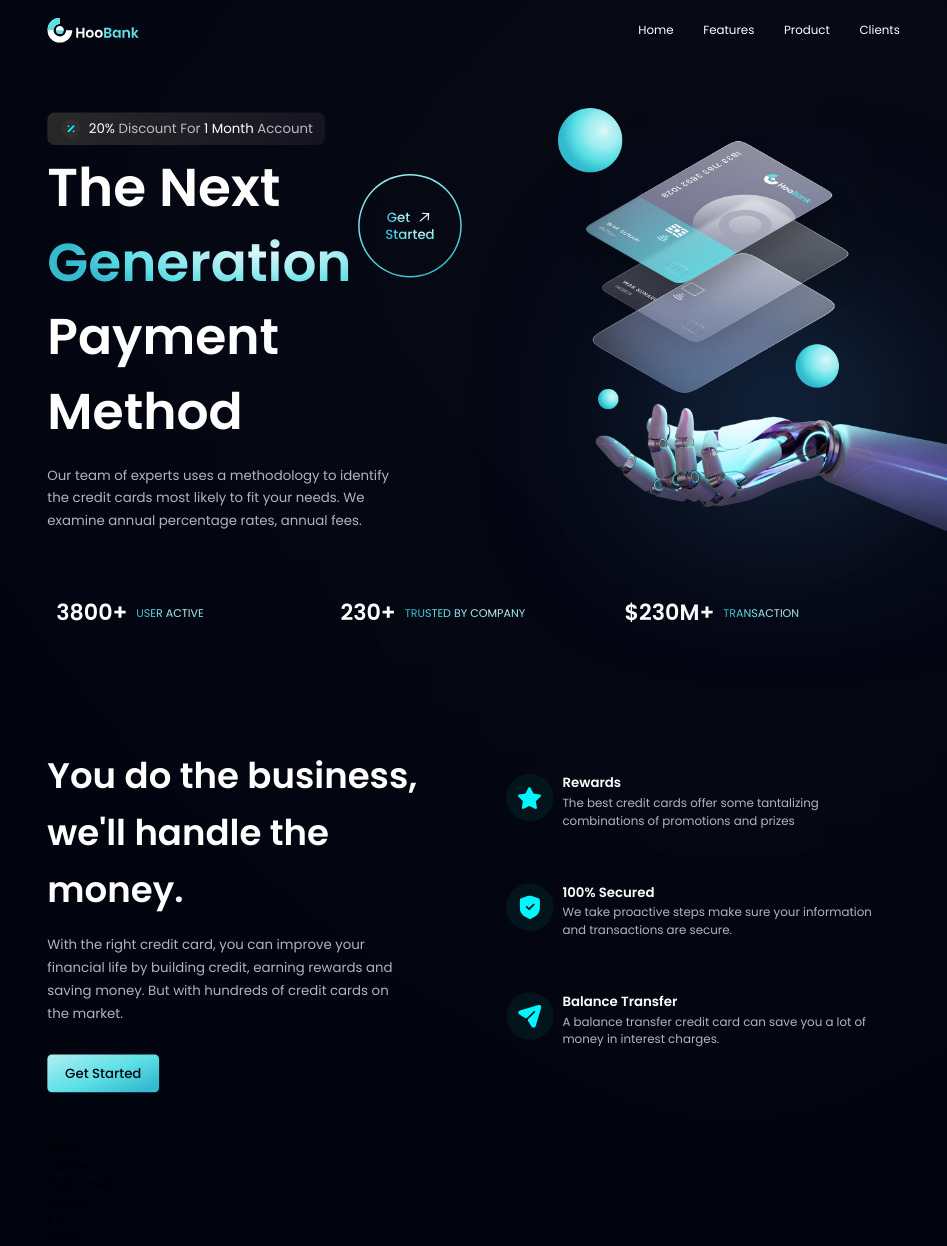
Repository: Carlito-Pedida/modern-app
Page: /
The author's editor kept a copy of each file at every save. The page is drawn from the files as they stood at one save, then again after the next save.
The browser window is 1280 px wide. The pictures show the whole page, at 74% of full size.
The project was rebuilt for these pictures with package versions that can differ from the ones it lists, and the page was loaded fresh each time. Also part of the build but not shown: vite.config.js.

Above is the page before, as saved 2024-11-16 10:13:21.

After the next save:
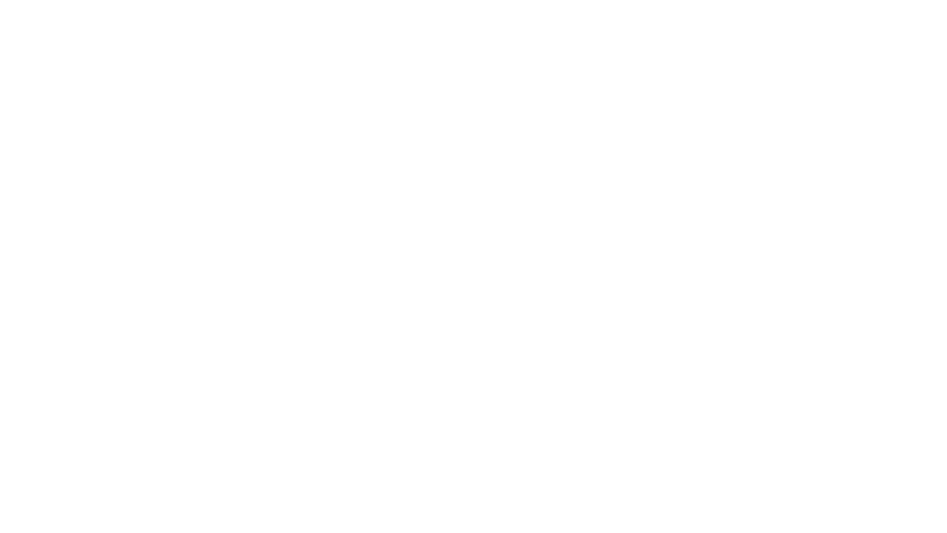
Console error: ReferenceError: FeatureCard is not defined
Saved 9 s later.
--- a/src/components/Business.jsx
+++ b/src/components/Business.jsx
@@ -1,7 +1,6 @@
 import { features } from "../constants";
 import styles, {layout} from "../style";
 import Button from "./Button"
-import FeatureCard from "./FeatureCard";
 
 
 const Business = () => {

After the save that followed:
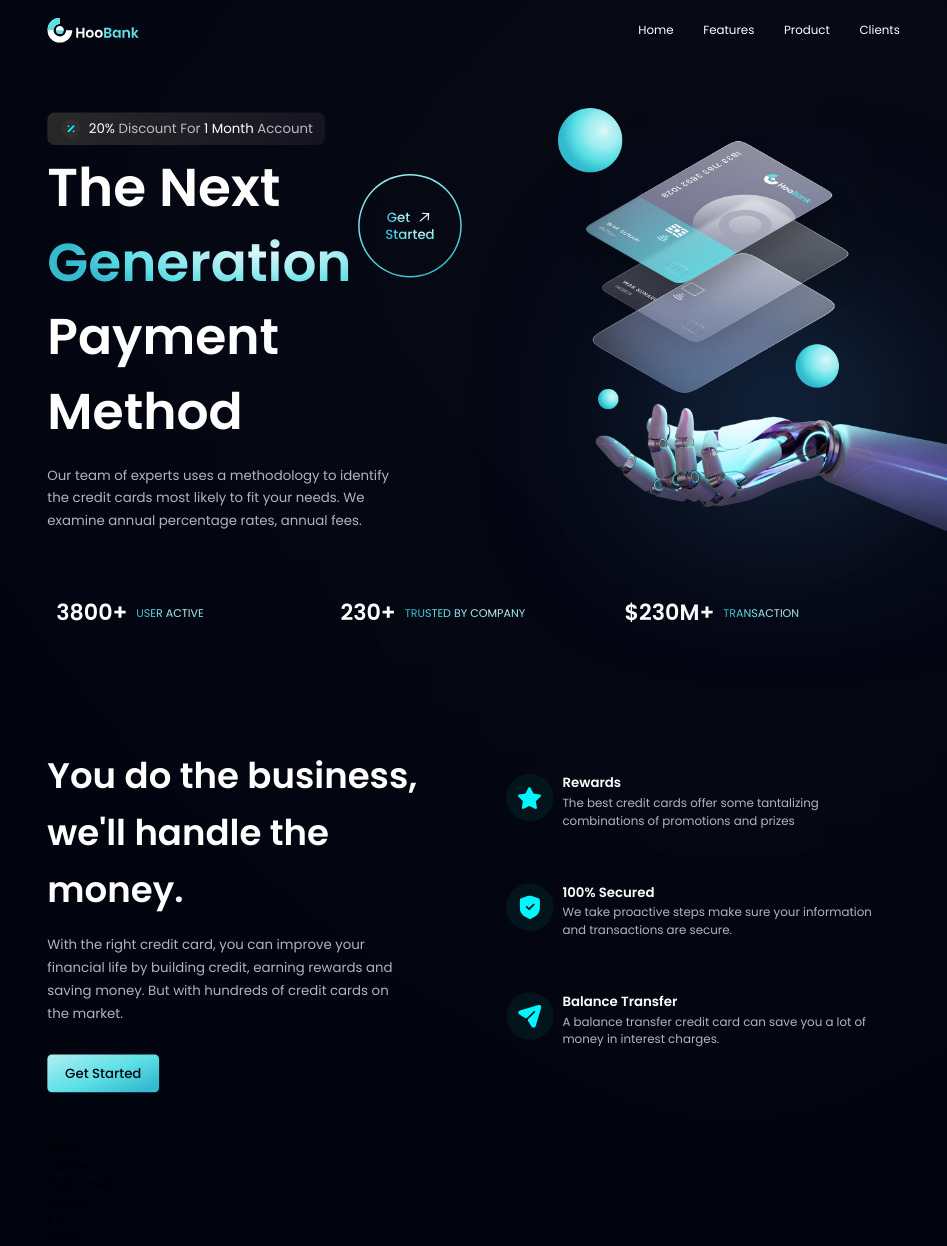
The error is gone.
Saved 11 s later.
--- a/src/components/Business.jsx
+++ b/src/components/Business.jsx
@@ -1,6 +1,7 @@
 import { features } from "../constants";
 import styles, {layout} from "../style";
 import Button from "./Button"
+import FeatureCard from "./FeatureCard";
 
 
 const Business = () => {
